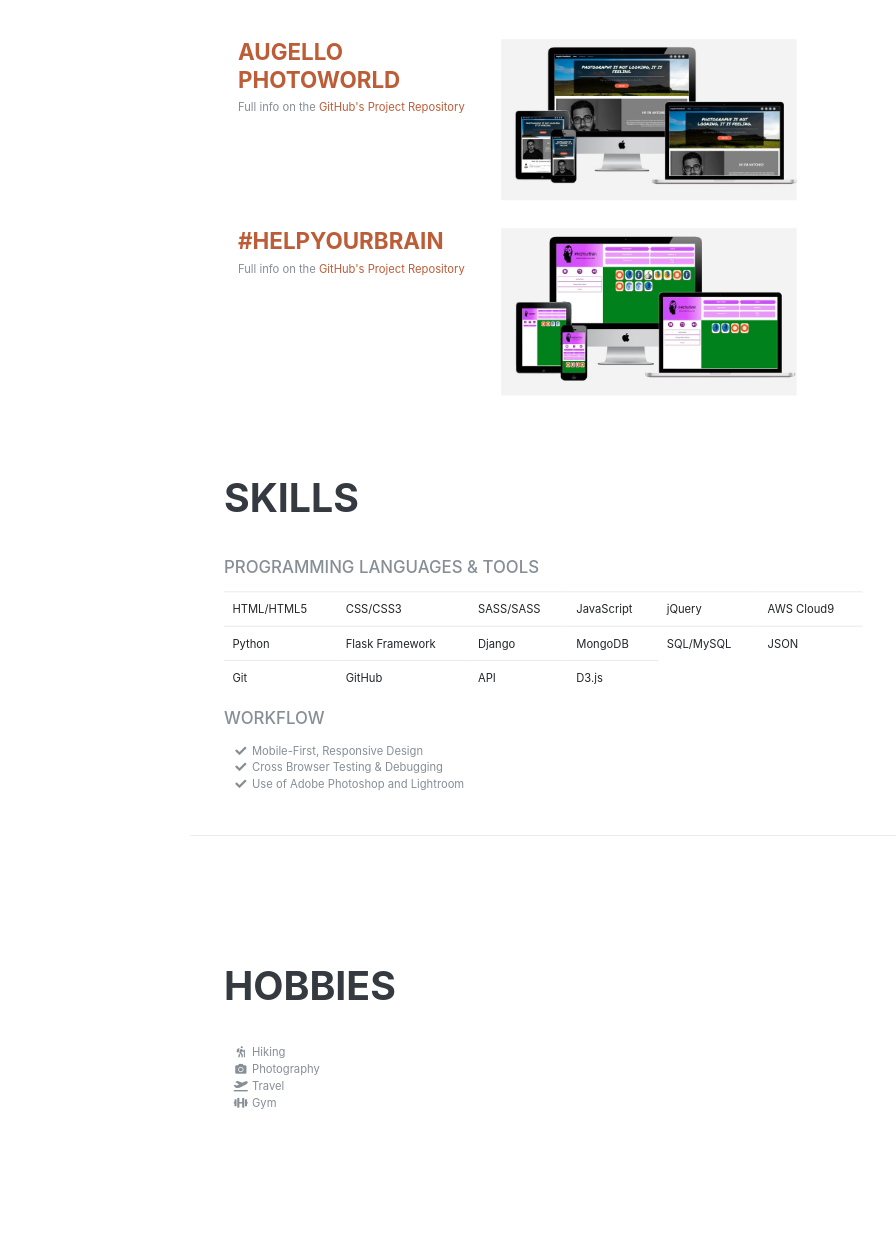
Repository: gello94/antonio_augello_online_Resume
Page: http://localhost/
The author's editor kept a record of every edit. The page is drawn from the files as they stood at one moment, then again after the next edit.
The browser window is 1280 px wide. The pictures show the part of the page from y = 2450 to 4370 px (the page is 4220 px tall before and 4371 px after), at 70% of full size.
Some web fonts or font styles are not loaded; a fallback is used. The page is served by the project's application, run on Flask 3 (run.py). Other server files are loaded and not shown.

Above is the page before.

### templates/index.html
<!DOCTYPE html>
<html lang="en">

<head>

  <meta charset="utf-8">
  <meta name="viewport" content="width=device-width, initial-scale=1, shrink-to-fit=no">
  <meta name="description" content="">
  <meta name="author" content="">

  <title>Resume - Start Bootstrap Theme</title>

  <!-- Bootstrap core CSS -->
  <link href="{{ url_for('static', filename='vendor/bootstrap/css/bootstrap.min.css')}}" rel="stylesheet">

  <!-- Custom fonts for this template -->
  <link href="https://fonts.googleapis.com/css?family=Saira+Extra+Condensed:500,700" rel="stylesheet">
  <link href="https://fonts.googleapis.com/css?family=Muli:400,400i,800,800i" rel="stylesheet">
  <link href="{{ url_for('static', filename='vendor/fontawesome-free/css/all.min.css')}}" rel="stylesheet">

  <!-- Custom styles for this template -->
  <link href="{{ url_for('static', filename='css/resume.min.css')}}" rel="stylesheet">
  <link href="{{ url_for('static', filename='css/main.css')}}" rel="stylesheet">

</head>

<body id="page-top">

  <nav class="navbar navbar-expand-lg navbar-dark bg-primary fixed-top" id="sideNav">
    <a class="navbar-brand js-scroll-trigger" href="#page-top">
      <span class="d-block d-lg-none">Antonio Augello</span>
      <span class="d-none d-lg-block">
        <img class="img-fluid img-profile rounded-circle mx-auto mb-2" src="static/img/img_profile.jpg" alt="Profile Image">
      </span>
    </a>
    <button class="navbar-toggler" type="button" data-toggle="collapse" data-target="#navbarSupportedContent" aria-controls="navbarSupportedContent" aria-expanded="false" aria-label="Toggle navigation">
      <span class="navbar-toggler-icon"></span>
    </button>
    <div class="collapse navbar-collapse" id="navbarSupportedContent">
      <ul class="navbar-nav">
        <li class="nav-item">
          <a class="nav-link js-scroll-trigger" href="#about">About</a>
        </li>

        <li class="nav-item">
          <a class="nav-link js-scroll-trigger" href="#education">Education</a>
        </li>
        <li class="nav-item">
          <a class="nav-link js-scroll-trigger" href="#experience">Experience</a>
        </li>
        <li class="nav-item">
          <a class="nav-link js-scroll-trigger" href="#skills">Skills</a>
        </li>
        <li class="nav-item">
          <a class="nav-link js-scroll-trigger" href="#interests">Interests</a>
        </li>
      </ul>
    </div>
  </nav>

  <div class="container-fluid p-0">

    <!-- Header -->
    <section class="resume-section p-3 p-lg-5 d-flex align-items-center" id="about">
      <div class="w-100">
        <h1 class="mb-0">Antonio
          <span class="text-primary">Augello</span>
        </h1>
        <div class="subheading mb-5">62 Fisherman's Quay, Grove Island, Co. Limerick · (+353) 85285293 ·
          <a href="mailto:name@email.com">toni.gello94@gmail.com</a>
        </div>
        <p class="lead mb-5">Working as a Nurse, currently studying at Code Institute to be a Full Stack Software Web Developer, passionate about Web Software Development and UX/UI. Photographer as hobbyist with Knowledge of Adobe Photoshop and Adobe Lightroom. My actual
          goal is to be a Full Stack Wed Developer following my passion that i grow since I was a kid</p>
        <div class="social-icons">
          <a href="https://www.linkedin.com/in/antonio-augello-aba83911a/">
            <i class="fab fa-linkedin-in"></i>
          </a>
          <a href="https://github.com/gello94">
            <i class="fab fa-github"></i>
          </a>
        </div>
      </div>
    </section>
    <!-- /Header -->

    <hr class="m-0">

    <!-- Education Section -->
    <section class="resume-section p-3 p-lg-5 d-flex align-items-center" id="education">
      <div class="w-100">
        <h2 class="mb-5">Education</h2>

        <div class="resume-item d-flex flex-column flex-md-row justify-content-between mb-5">
          <div class="resume-content">
            <h3 class="mb-0">Code Institute</h3>
            <div class="subheading mb-3">Full Stack Diploma in Software Development</div>
            <div>Modules: </div>
            <p>HTML Fundamentals ~ CSS Fundamentals~ JavaScript Fundamentals ~ Python Fundamentals ~Practical Python ~User Centric Frontend Development~ Interactive Centric Frontend Development </p>
          </div>
          <div class="resume-date text-md-right">
            <span class="text-primary">August 2018 - Present</span>
          </div>
        </div>

        <div class="resume-item d-flex flex-column flex-md-row justify-content-between">
          <div class="resume-content">
            <h3 class="mb-0">University of Studies "G. D'Annunzio" of Chieti</h3>
            <div class="subheading mb-3">Nursing Degree </div>
          </div>
          <div class="resume-date text-md-right">
            <span class="text-primary">September 2013 - July 2016</span>
          </div>
        </div>
      </div>
    </section>
    <!-- /Education Section -->

    <hr class="m-0">

    <!-- Experience Section -->
    <section class="resume-section p-3 p-lg-5 d-flex justify-content-center" id="experience">
      <div class="w-100">
        <h2 class="mb-5">Experience</h2>

        <div class="resume-item d-flex flex-column flex-md-row justify-content-between mb-5">
          <div class="resume-content">
            <h3 class="mb-0">HDU Staff Nurse </h3>
            <div class="subheading mb-3">High Dependency Unit - University Hospital Limerick </div>
            <div>Main Role and Responsibilities: </div>
            <ul>
              <li>Maintain the prepared standard protocol of asepsis strictly.</li>
              <li>Check all electrical points, pipe line 02, in built suckers for proper working condition. </li>
              <li>Communicate with concerned person for proper maintenance of unit. </li>
              <li>Prepare the drugs, crash trolley, etc. properly. </li>
              <li>Check Oxygen, Carbon dioxide, Nitrous Oxide etc. for proper use. </li>
              <li>Check monitor, ventilator, all life saving gadgets for proper working condition. </li>
              <li>Provide special care to the patient guided by the Medical Officer e.g. endo-trachial suction. </li>
            </ul>

          </div>
          <div class="resume-date text-md-right">
            <span class="text-primary">June 2017 - January 2019</span>
          </div>
        </div>

        <div class="resume-item d-flex flex-column flex-md-row justify-content-between mb-5">
          <div class="resume-content">
            <h3 class="mb-0">Orthopedic Staff Nurse </h3>
            <div class="subheading mb-3">Croom Hospital - University Hospital Limerick </div>
            <div>Main Role and Responsibilities: </div>
            <ul>
              <li>Manage post operative pain and surgical site.</li>
              <li>Assess patient's condition and monitor post-surgical recover. </li>
              <li>Implement post-surgical treatment plan and provide detailed report to medical/ nurse for patient transfer/admission. </li>
              <li>Identify/Initiate emergent situations and procedures. </li>
              <li>Provide patient care according to the hospital processes, policies and procedures. </li>
              <li> Recognize clinical abnormalities then communicated with anesthesiologist in reference to diagnosing and treating of clinical problems. </li>
              <li> Ensure care provided is in accordance with standards established by the HSE, NMBI, HIQA, and other regulatory agencies. </li>
              <li>Provide acute care for post-operative patients recovering from anesthesia in POCU.</li>
              <li>Educate and support patient and family on care of patient.</li>
            </ul>

          </div>
          <div class="resume-date text-md-right">
            <span class="text-primary">January 2019 - Present</span>
          </div>
        </div>

      </div>

    </section>
    <!-- /Experience Section -->

    <hr class="m-0">

    <!-- Portfolio Section -->
    <section class="resume-section p-3 p-lg-5 d-flex align-items-center" id="skills">
      <div class="w-100">
        <h2 class="mb-5">Portfolio</h2>

        <!-- Portfolio Grid Items -->
        <div class="row">

          <!--Portfolio 1-->
          <div class="portfolio-section">
            <div class="col-12">
              <div class="row">
                <div class="col-xs-12 col-md-5">
                  <div class="portfolio-head">
                    <h3><a href="https://gello94.github.io/first-milestone-antonio/" target="_blank">Augello PhotoWorld</a></h3>
                  </div>
                  <div class="info_project">
                    <p>Full info on the <a href="https://github.com/gello94/first-milestone-antonio">GitHub's Project Repository</a></p>
                  </div>
                </div>
                <div class="col-xs-12 col-md-7">
                  <div class="Portfolio-body">
                    <img class="img-fluid img_portfolio" src="static/img/project1.jpg" alt="Project 1">
                  </div>
                </div>
              </div>
            </div>
          </div>

          <hr class="m-0">

          <!--Portfolio 2-->
          <div class="portfolio-section">
            <div class="col-12">
              <div class="row">
                <div class="col-xs-12 col-md-5">
                  <div class="portfolio-head">
                    <h3><a href="https://gello94.github.io/second-milestone-antonio/" target="_blank">#HELPYOURBRAIN</a></h3>
                  </div>
                  <div class="info_project">
                    <p>Full info on the <a href="https://github.com/gello94/second-milestone-antonio">GitHub's Project Repository</a></p>

                  </div>
                </div>
                <div class="col-xs-12 col-md-7">
                  <div class="Portfolio-body">
                    <img class="img-fluid img_portfolio" src="static/img/project2.jpg" alt="Project 1">
                  </div>
                </div>
              </div>

            </div>
          </div>

          <!-- /.row -->

        </div>
    </section>


    <!-- Skills Section -->
    <section class="resume-section p-3 p-lg-5 d-flex align-items-center" id="skills">
      <div class="w-100">
        <h2 class="mb-5">Skills</h2>

        <div class="subheading mb-3">Programming Languages &amp; Tools</div>
        <table class="table">
          <thead>

          </thead>
          <tbody>
            <tr>
              <td>HTML/HTML5</td>
              <td>CSS/CSS3</td>
              <td>SASS/SASS</td>
              <td>JavaScript</td>
              <td>jQuery</td>
              <td>AWS Cloud9</td>
            </tr>
            <tr>
              <td>Python</td>
              <td>Flask Framework</td>
              <td>Django</td>
              <td>MongoDB</td>
              <td>SQL/MySQL</td>
              <td>JSON</td>
            </tr>
            <tr>
              <td>Git</td>
              <td>GitHub</td>
              <td>API</td>
              <td>D3.js</td>
            </tr>
          </tbody>
        </table>
        </ul>

        <div class="subheading mb-3">Workflow</div>
        <ul class="fa-ul mb-0">
          <li>
            <i class="fa-li fa fa-check"></i> Mobile-First, Responsive Design</li>
          <li>
            <i class="fa-li fa fa-check"></i> Cross Browser Testing &amp; Debugging</li>
          <li>
            <i class="fa-li fa fa-check"></i> Use of Adobe Photoshop and Lightroom</li>
        </ul>
      </div>

    </section>

    <hr class="m-0">

    <!-- Hobbies Section -->
    <section class="resume-section p-3 p-lg-5 d-flex align-items-center" id="interests">
      <div class="w-100">
        <h2 class="mb-5">Hobbies</h2>
        <div class="subheading mb-3"></div>
        <ul class="fa-ul mb-0">
          <li>
            <i class="fa-li fa fa-hiking"></i> Hiking
          </li>
          <li>
            <i class="fa-li fa fa-camera"></i> Photography
          </li>
          <li>
            <i class="fa-li fa fa-plane-departure"></i> Travel
          </li>
          <li>
            <i class="fa-li fa fa-dumbbell"></i> Gym </li>
        </ul>
      </div>
    </section>
    <!-- /Hobbies Section -->

    </div>

    <!-- Bootstrap core JavaScript -->
    <script src="{{ url_for('static', filename='vendor/jquery/jquery.min.js')}}"></script>
    <script src="{{ url_for('static', filename='vendor/bootstrap/js/bootstrap.bundle.min.js')}}"></script>

    <!-- Plugin JavaScript -->
    <script src="{{ url_for('static', filename='vendor/jquery-easing/jquery.easing.min.js')}}"></script>

    <!-- Custom scripts for this template -->
    <script src="{{ url_for('static', filename='js/resume.min.js')}}"></script>

</body>

</html>

### run.py
import os
from flask import Flask, render_template

app = Flask(__name__)
app.secret_key = "some_secret"

@app.route('/')
def index():
    return render_template("index.html")


if __name__ == '__main__':
    app.run(host=os.environ.get('IP'),
            port=int(os.environ.get("PORT")),
            debug=True)

### static/css/main.css
#sideNav .navbar-brand .img-profile {
    border: 0px;
}

#sideNav .navbar-brand .img-profile:hover:active {

    -ms-transform: scale(1.5, 1.5);
    /* IE 9 */
    -webkit-transform: scale(1.5, 1.5);
    /* Safari 3-8 */
    transform: scale(1.5, 1.5);
    margin-bottom: 15px;
}

@media (min-width: 992px) {
    #sideNav .navbar-brand {

        padding-bottom: 1.5rem;
    }
}

.d-block .d-lg-none {
    padding-bottom: 15px;
}

.bg-primary {
    background-color: #ea5914!important;
}

.text-primary {
    color: #ea5914!important;
}

@media (min-width: 768px) {
    section.resume-section {
        min-height: 80vh!important;
    }
}

@media (min-width: 992px) {
    section.resume-section {
        padding-top: 2rem!important;
        padding-bottom: 2rem!important;
    }
}

.img_portfolio {
    height: auto;
    max-height: 85%;
    width: auto;
    max-width: 85%;
}

.portfolio-section {
    padding: 20px;
    width: 100%;
}

Loaded but not shown: static/css/resume.min.css (library); static/js/resume.min.js (common file)

After the next edit:
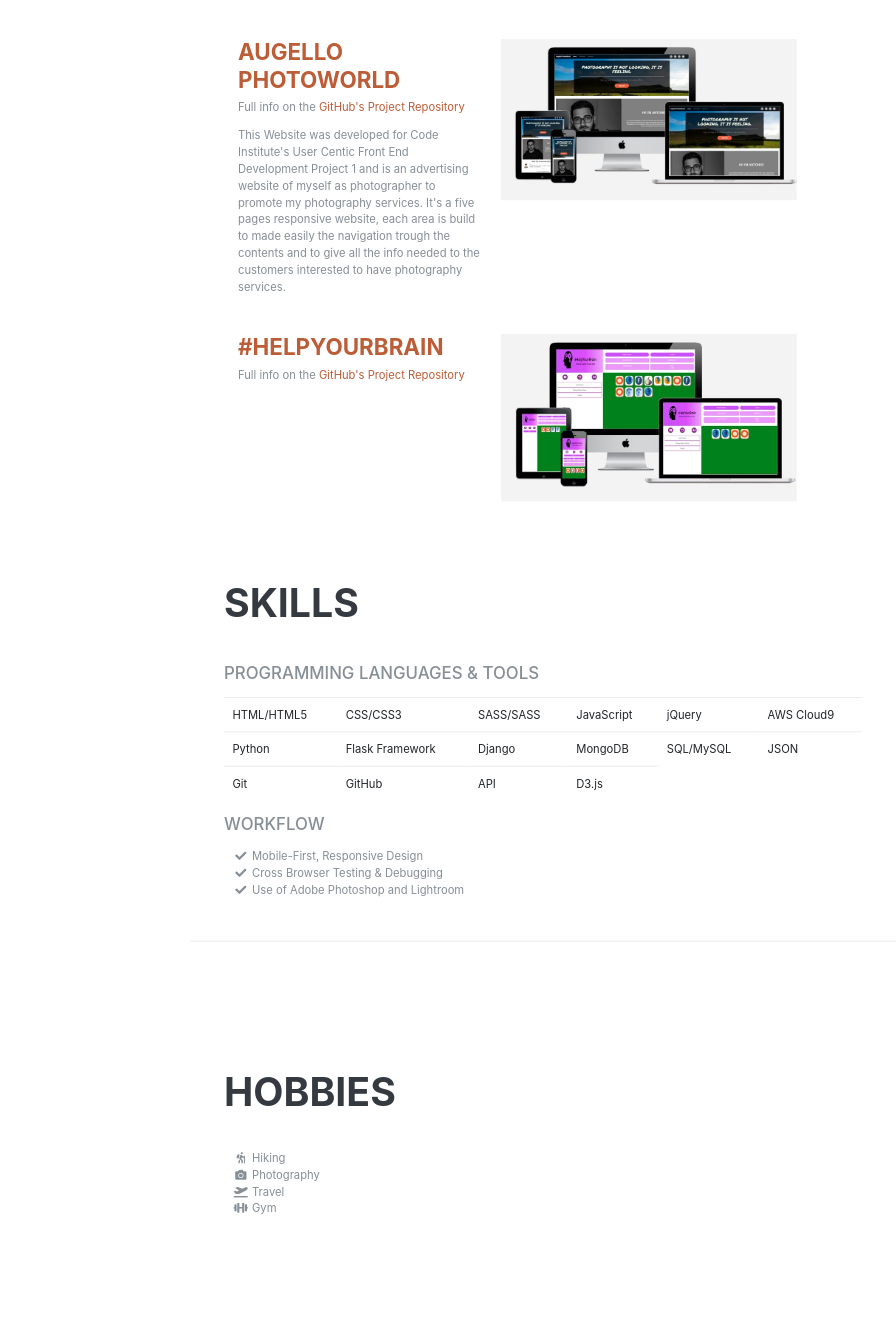
The edit:
--- a/templates/index.html
+++ b/templates/index.html
@@ -191,6 +191,9 @@
                   </div>
                   <div class="info_project">
                     <p>Full info on the <a href="https://github.com/gello94/first-milestone-antonio">GitHub's Project Repository</a></p>
+                    <p>This Website was developed for Code Institute's User Centic Front End Development Project 1 and is an advertising website of myself as photographer to promote my photography services. It's a five pages responsive website, each area
+                      is build to made easily the navigation trough the contents and to give all the info needed to the customers interested to have photography services.
+                    </p>
                   </div>
                 </div>
                 <div class="col-xs-12 col-md-7">
